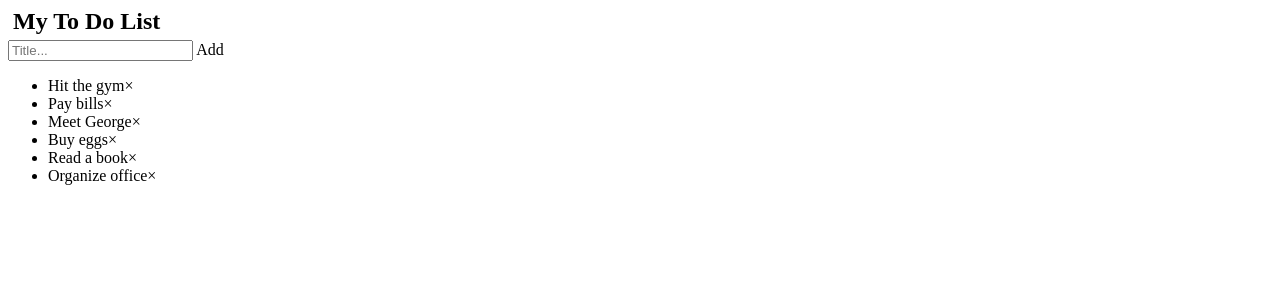
Repository: minsuk1/portfolio
Page: a.html
These files come from the project's save history. The page is drawn as it stood at one moment and after a run of saves; the edit follows.
The browser window is 1280 px wide. The pictures show the whole page.

Above is the page before, as saved 2021-01-01 11:57:57.

After the next 2 saves:
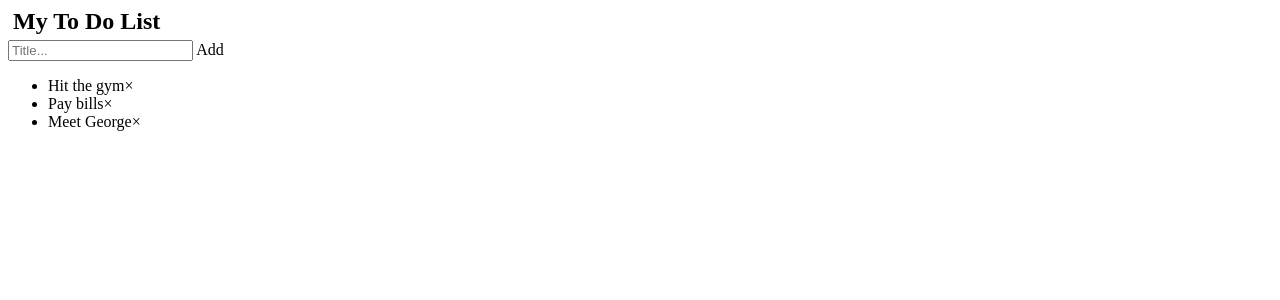
The 2 saves are shown as one change because they came seconds apart.
The last was saved 18 s later.
--- a/a.html
+++ b/a.html
@@ -16,9 +16,6 @@
   <li>Hit the gym</li>
   <li class="checked">Pay bills</li>
   <li>Meet George</li>
-  <li>Buy eggs</li>
-  <li>Read a book</li>
-  <li>Organize office</li>
 </ul>
 
 <script>
